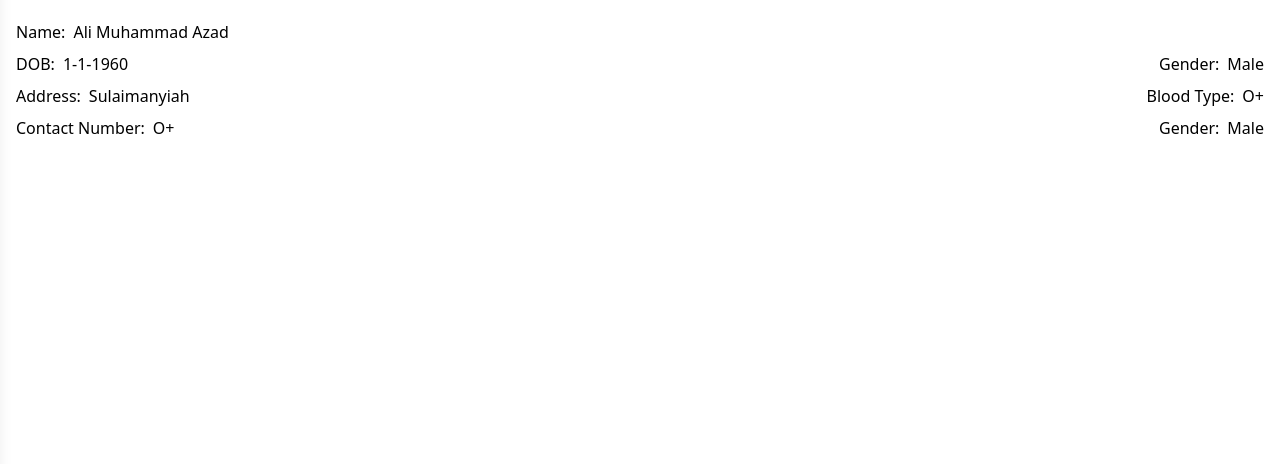
Repository: Sanaa00/HI-user
Page: /
These files come from the project's save history. The page is drawn as it stood at one moment and after the next save; the edit follows.
The browser window is 1280 px wide. The pictures show the part of the page from y = 336 to 800 px (the page is 800 px tall).
The project was rebuilt for these pictures with package versions that can differ from the ones it lists, and the page was loaded fresh each time. Also part of the build but not shown: vite.config.js, src/App.css, src/Pages/Test.jsx.

Above is the page before, as saved 2024-01-10 21:29:58.

### src/main.jsx
import React from 'react';
import ReactDOM from 'react-dom/client';
import App from './App.jsx';
import './index.css';
import { BrowserRouter } from 'react-router-dom';

ReactDOM.createRoot(document.getElementById('root')).render(
  <React.StrictMode>
    <BrowserRouter>
      {/* <Provider store={store}> */}
      <App />
      {/* </Provider>{' '} */}
    </BrowserRouter>
  </React.StrictMode>,
);

### src/App.jsx
import { Route, Routes } from 'react-router-dom';
import './App.css';
import Home from './Pages/Home';
import Test from './Pages/Test';
import Navbar from './Components/Navbar';

function App() {
  return (
    <>
      <Navbar />
      <Routes>
        <Route path="/" element={<Home />}>
          <Route path="/test" element={<Test />} />
          {/* <Route path="products" element={<Products />} />
          <Route path="setting" element={<Setting />} />
          <Route path="hide" element={<HideProducts />} /> */}
        </Route>
      </Routes>
    </>
  );
}

export default App;

### src/Pages/Home.jsx
function Home() {
  return (
    <div className="mt-20 h-screen p-4">
      <img
        className="object-cover w-full rounded-md h-60 "
        src="https://images.unsplash.com/photo-1504257432389-52343af06ae3?q=80&w=1887&auto=format&fit=crop&ixlib=rb-4.0.3&ixid=M3wxMjA3fDB8MHxwaG90by1wYWdlfHx8fGVufDB8fHx8fA%3D%3D"
        alt="user"
      />
      <div className="mt-5">
        <span>Name:</span>
        <span className="ml-2">Ali Muhammad Azad</span>
      </div>{' '}
      <div className="mt-2 flex justify-between items-center">
        <span>
          {' '}
          <span>DOB:</span>
          <span className="ml-2">1-1-1960</span>
        </span>{' '}
        <span>
          {' '}
          <span>Gender:</span>
          <span className="ml-2">Male</span>
        </span>
      </div>{' '}
      {/* ******************** */}
      <div className="mt-2 flex justify-between items-center">
        <span>
          {' '}
          <span>Address:</span>
          <span className="ml-2">Sulaimanyiah</span>
        </span>{' '}
        <span>
          {' '}
          <span>Blood Type:</span>
          <span className="ml-2">O+</span>
        </span>
      </div>
      {/* ****************** */}
      <div className="mt-2 flex justify-between items-center">
        <span>
          {' '}
          <span>Contact Number:</span>
          <span className="ml-2">O+</span>
        </span>{' '}
        <span>
          {' '}
          <span>Gender:</span>
          <span className="ml-2">Male</span>
        </span>
      </div>
    </div>
  );
}

export default Home;

### src/Components/Navbar.jsx
import { useState } from 'react';
import { Link, NavLink } from 'react-router-dom';

function Navbar() {
  const [open, setOpen] = useState(false);
  return (
    <div className="flex text-neutral-700 top-0 z-50 fixed px-4 justify-between items-center bg-white h-16 w-full">
      <div
        className={` flex justify-between hover:bg-opacity-80 duration-500 hover:duration-500 items-center w-full h-full text-lg font-bold`}
      >
        <button onClick={() => setOpen(!open)} className="">
          menu
          {/* <GiHamburgerMenu className="w-8 object-cover h-9 text-orange" /> */}
        </button>{' '}
        <div
          className={` bg-white rounded-sm  flex flex-col fixed w-3/5 lg:w-96 top-0 z-40 left-0 shadow-lg transform duration-500 ease-in-out ${
            open ? 'translate-x-0' : '-translate-x-full'
          }`}
        >
          <button
            onClick={() => setOpen(!open)}
            className="mt-8 mb-2 left-0 px-4 flex h-16"
          >
            close
            {/* <IoCloseCircle className="text-orange justify-end w-8 object-cover h-8 self-end" /> */}
          </button>

          <div className="w-full h-screen flex flex-col text-orange p-4">
            <Link to="/" onClick={() => setOpen(!open)} className="py-3">
              Home
            </Link>
            <Link to="/skills" onClick={() => setOpen(!open)} className="py-3">
              Skills
            </Link>
            <Link
              to="/projects"
              onClick={() => setOpen(!open)}
              className="py-3"
            >
              Projects
            </Link>
          </div>
        </div>
      </div>
      <NavLink to="/" className="ml-2 font-bold">
        Name
      </NavLink>
    </div>
  );
}

export default Navbar;

Loaded but not shown: index.html (common file); src/index.css (common file); tailwind.config.js (common file)

After the next save:
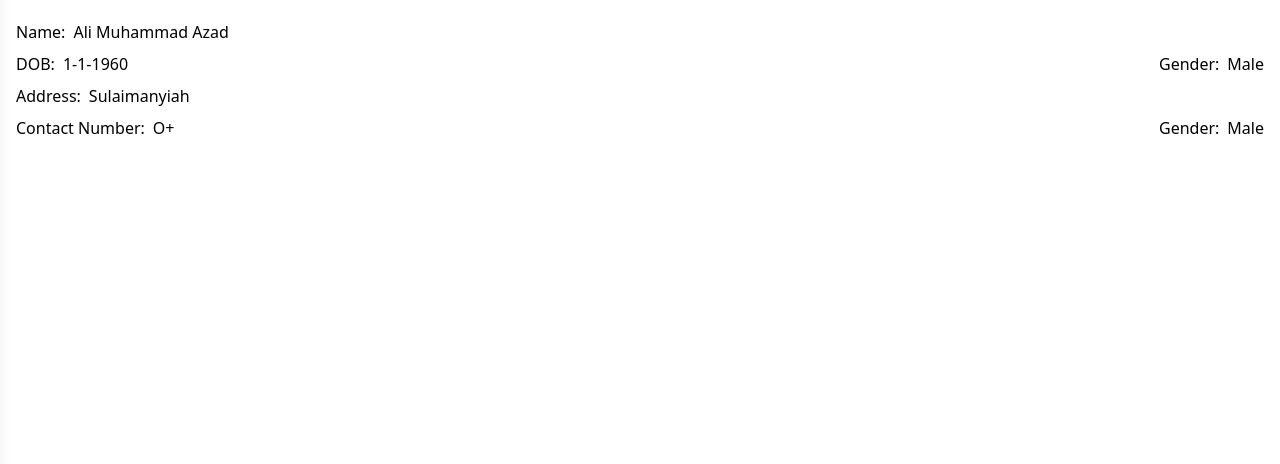
Saved 75 s later.
--- a/src/Pages/Home.jsx
+++ b/src/Pages/Home.jsx
@@ -29,11 +29,11 @@ function Home() {
           <span>Address:</span>
           <span className="ml-2">Sulaimanyiah</span>
         </span>{' '}
-        <span>
+        {/* <span>
           {' '}
           <span>Blood Type:</span>
           <span className="ml-2">O+</span>
-        </span>
+        </span> */}
       </div>
       {/* ****************** */}
       <div className="mt-2 flex justify-between items-center">
